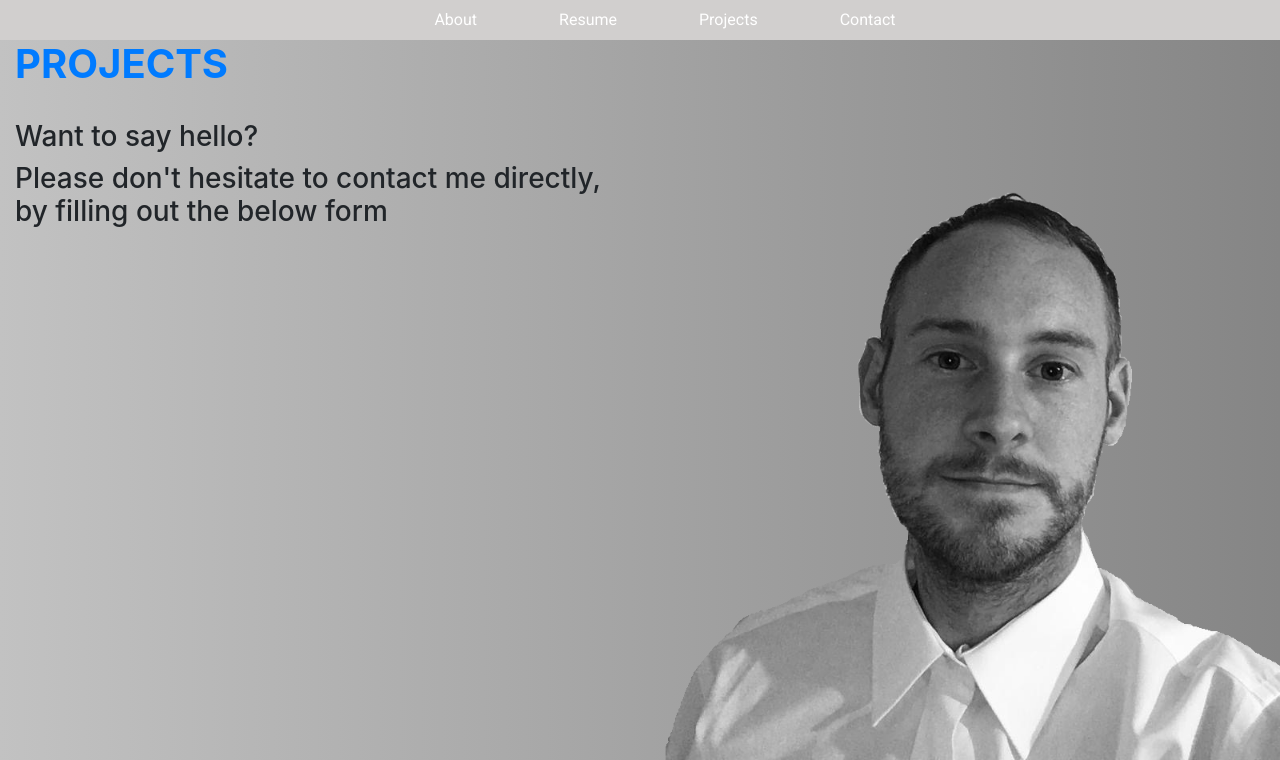
Repository: Code-Institute-Submissions/collyd21-milestone1
Page: contact.html
The author's editor kept a record of every edit. The page is drawn from the files as they stood at one moment, then again after the next edit.
The browser window is 1280 px wide. The pictures show the whole page.
Some web libraries are served in a nearby version.

Above is the page before.

After the next edit:
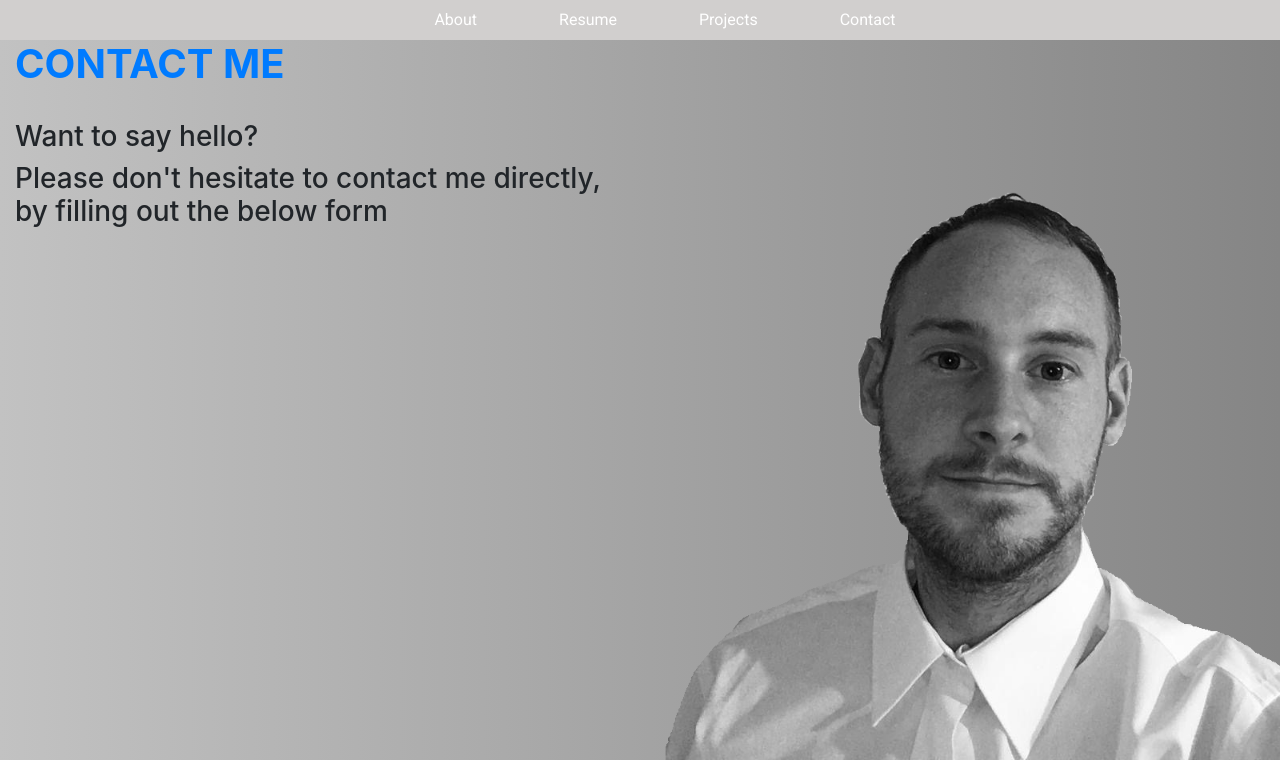
The edit:
--- a/contact.html
+++ b/contact.html
@@ -36,7 +36,7 @@
         <div class="container-fluid no-gutters">
             <div class="row">
                 <div class="col-6 heading" id="contact">
-                    <h1 class="uppercase-jumbo">Projects</h1>
+                    <h1 class="uppercase-jumbo">Contact Me</h1>
                     <br>
                     <h3>Want to say hello?</h3>
                     <h3>Please don't hesitate to contact me directly, by filling out the below form</h3>
